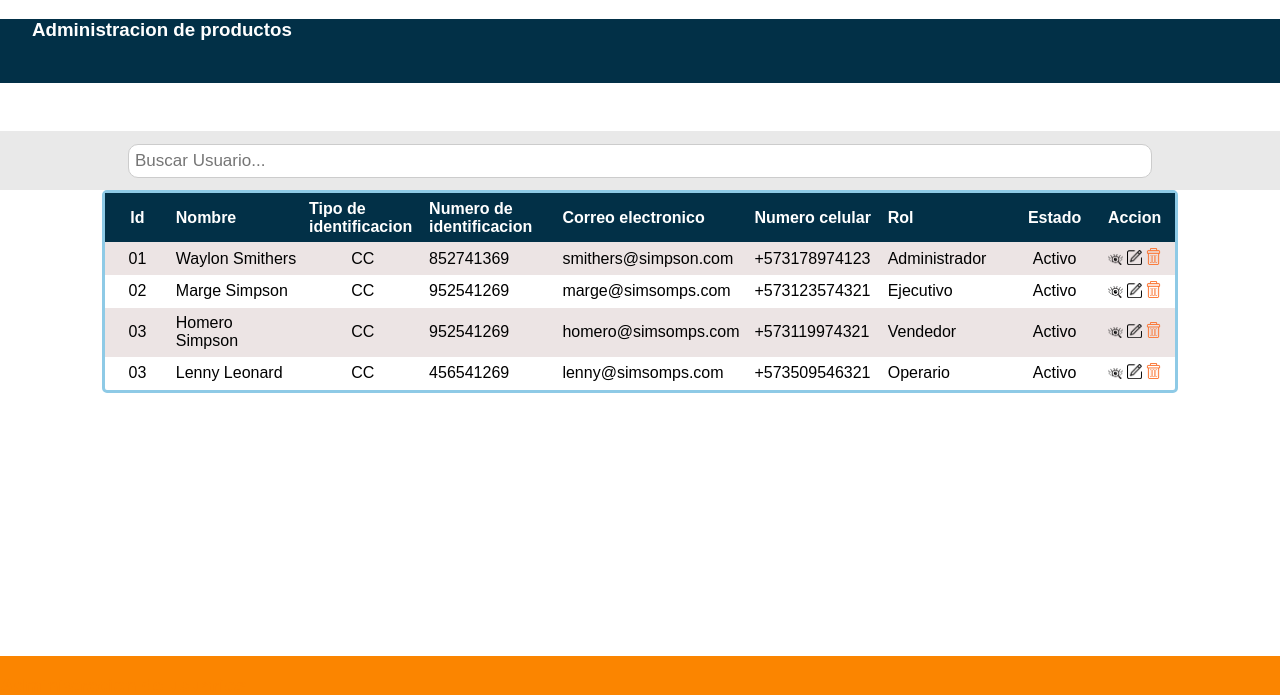
Repository: AlexanderBarona/Proyecto_Ciclo3_Mintic
Page: PaginaWeb/pages/listar_productos.html
The author's editor kept a copy of each file at every save. The page is drawn from the files as they stood at one save, then again after the next save.
The browser window is 1280 px wide. The pictures show the whole page.

Above is the page before, as saved 2021-09-30 15:12:49.

### PaginaWeb/pages/listar_productos.html
<!DOCTYPE html>
<html>

   <head>
      <title>Administracion de productos</title>
      <link href="../css/style.css" rel="stylesheet" type="text/css">
      <link href="../css/admin_user.css" rel="stylesheet" type="text/css">
   </head>
   <body class="admin_user">
      <header>
         <h3>Administracion de productos</h3>
      </header>
      <main>
        <div class="TopBar">
            <div class="Search ">
                <input type="text" placeholder="Buscar Usuario...">
            </div>

        </div>

        <div class="table_principal">
            <table class="table_entity">

              <tbody class="table_body" >

                  <tr class="table_header" >

                    <td class="table_cell center">Id</td>
                    <td class="table_cell">Nombre</td>
                    <td class="table_cell">Tipo de identificacion</td>
                    <td class="table_cell">Numero de identificacion</td>
                    <td class="table_cell">Correo electronico</td>
                    <td class="table_cell">Numero celular</td>
                    <td class="table_cell">Rol</td>
                    <td class="table_cell center">Estado</td>
                    <td class="table_cell center">Accion</td>

                  </tr>

                  <tr >
                    <td class="table_cell center">01</td>
                    <td class="table_cell">Waylon Smithers</td>
                    <td class="table_cell center">CC</td>
                    <td class="table_cell">852741369</td>
                    <td class="table_cell">smithers@simpson.com</td>
                    <td class="table_cell">+573178974123</td>
                    <td class="table_cell">Administrador</td>
                    <td class="table_cell center">Activo</td>
                    <td class="table_cell center">
                      <div class="icon_container">
                        <nav>
                          <a href="icon_table">
                            <img class="icon_cell" src="../images/IconRead.ico">
                          </a>
                          <a href="icon_table">
                            <img class="icon_cell" src="../images/IconUpdate.ico">
                          </a>
                          <a href="icon_table">
                            <img class="icon_cell" src="../images/IconDelete.ico">
                          </a>
                        </nav>
                    </div>

                    </td>
                  </tr>

                <tr >
                  <td class="table_cell center">02</td>
                  <td class="table_cell">Marge Simpson</td>
                  <td class="table_cell center">CC</td>
                  <td class="table_cell">952541269</td>
                  <td class="table_cell">marge@simsomps.com</td>
                  <td class="table_cell">+573123574321</td>
                  <td class="table_cell">Ejecutivo</td>
                  <td class="table_cell center">Activo</td>
                  <td class="table_cell center">
                    <div class="icon_container ">
                      <nav>
                        <a href="icon_table">
                          <img class="icon_cell" src="../images/IconRead.ico">
                        </a>
                        <a href="icon_table">
                          <img class="icon_cell" src="../images/IconUpdate.ico">
                        </a>
                        <a href="icon_table">
                          <img class="icon_cell" src="../images/IconDelete.ico">
                        </a>
                      </nav>
                  </div>
                  </td>
                </tr>

                <tr >
                    <td class="table_cell center">03</td>
                    <td class="table_cell">Homero Simpson</td>
                    <td class="table_cell center">CC</td>
                    <td class="table_cell">952541269</td>
                    <td class="table_cell">homero@simsomps.com</td>
                    <td class="table_cell">+573119974321</td>
                    <td class="table_cell">Vendedor</td>
                    <td class="table_cell center">Activo</td>
                    <td class="table_cell center">

                                    <div class="icon_container">
                                        <nav>
                                          <a href="icon_table">
                                            <img class="icon_cell" src="../images/IconRead.ico">
                                          </a>
                                          <a href="icon_table">
                                            <img class="icon_cell" src="../images/IconUpdate.ico">
                                          </a>
                                          <a href="icon_table">
                                            <img class="icon_cell" src="../images/IconDelete.ico">
                                          </a>
                                        </nav>
                                    </div>


                    </td>
                </tr>
                <tr >
                    <td class="table_cell center">03</td>
                    <td class="table_cell">Lenny Leonard</td>
                    <td class="table_cell center">CC</td>
                    <td class="table_cell">456541269</td>
                    <td class="table_cell">lenny@simsomps.com</td>
                    <td class="table_cell">+573509546321</td>
                    <td class="table_cell">Operario</td>
                    <td class="table_cell center">Activo</td>
                    <td class="table_cell center">
                      <div class="icon_container">
                        <nav>
                          <a href="icon_table">
                            <img class="icon_cell" src="../images/IconRead.ico">
                          </a>
                          <a href="icon_table">
                            <img class="icon_cell" src="../images/IconUpdate.ico">
                          </a>
                          <a href="icon_table">
                            <img class="icon_cell" src="../images/IconDelete.ico">
                          </a>
                        </nav>
                    </div>
                    </td>
                </tr>
              </tbody>
            </table>
        </div>
      </main>
      <footer>
        <div>
          <h3>Administracion de usuarios</h3>
          <h3>Administracion de usuarios</h3>
          <h3>Administracion de usuarios</h3>
        </div>
      </footer>
   </body>
</html>

### PaginaWeb/css/style.css
* {
  box-sizing: border-box;
}

body {
  margin: 0;
  font-family: Arial, Helvetica, sans-serif;
}
header {
  background-color: #023047;
  color:  white;
  padding-left:2em ;
  height:4em;
  width:100%;
  margin-bottom: 3em;

}

footer{
  background-color: #FB8500;
  color:  #FB8500;
  position:fixed;
  left:0px;
  bottom:0px;
  height:4em;
  width:100%;
}

### PaginaWeb/css/admin_user.css
/* css barra busqueda*/
@media screen and (max-width: 600px) {
  .Search a,
  .Search input[type="text"] {

    display: block;
    text-align: left;
    width: 100%;
    margin: 0 auto;
    padding: 14px;
    align-items: center;
  }
}

.admin_user .Search {
   overflow: hidden;
   background-color: #e9e9e9;
   display: block;
   width: 100%;
   text-align: center;
  }

.Search a {

    display: block;
    color: black;
    text-align: center;
    padding: 14px 16px;
    text-decoration: none;
    font-size: 17px;
  }

  .Search a:hover {
    background-color: #ddd;
    color: black;
  }

  .Search a.active {
    background-color: #9dcaf0;
    color: white;
  }

  .Search input[type="text"] {
    float: center;
    border-radius: 10px;
    border: 1px solid rgb(174, 204, 218);
    padding: 6px;
    margin-top: 1%;
    margin-right: 2%;
    margin-left: 2%;
    margin-bottom: 1%;
    font-size: 17px;
    width: 80%;
  }
  .Search input[type="text"] {
    border: 1px solid #ccc;
  }

 /* css tabla*/

  .table_entity {
    table-layout: fixed;
    width: 84%;
    margin: 0 auto;
    border-collapse: separate;
    border-spacing: 0px;
    border-radius: 5px;
    border: 3px solid #8ECAE6;

  }

  .table_entity td:first-child {
    width: 4em;
  }
  .table_entity td:nth-child(3) {
    width: 7.5em;
  }
  .table_entity td:nth-child(5) {
    width: 12em;
  }
  .table_entity td:nth-child(8) {
    width: 5em;

  }
  .table_entity td:nth-child(9) {
    width: 5em;
  }




  .table_header {
    background-color: #023047;
    color: #fff;
    font-weight:bold;
  }

  .table_entity tr:nth-child(even) {
  background-color: #ece4e4;
}

.table_entity .center {
  text-align: center;
}
/* css tabla perfiles*/
.table_entity2 {
  table-layout: fixed;
  width: 84%;
  margin: 0 auto;
  border-collapse: separate;
  border-spacing: 0px;
  border-radius: 5px;
  border: 3px solid #8ECAE6;

}

.table_entity2 td:first-child {
  width: 4em;
}

.table_entity2 td:nth-child(2) {
  width: 16em;
}


.table_entity2 td:nth-child(6) {
  width: 4.8em;

}


.table_entity2 tr:nth-child(even) {
background-color: #ece4e4;
}

.table_entity2 .center {
  text-align: center;
}

  th, td {

      word-wrap: break-word;
      padding: 0.4em;
      margin: 0em;
  }
  /* iconos */
  .icon_cell {

    height: 28%;
    width: 22%;
    margin: 0 auto 0 0;


}

.icon_container a , .icon_container a:visited {


  text-decoration: none;

}
/* css checkbox */

.checkbox_container input[type="checkbox"]  {
  content: "";
  width: 2em;
  height: 2em;
  border: 4px solid #bf810f;
  float: left;
  margin: 0 auto 0 0;
  border-right: 0;
  border-top: 0;


}
.checkbox_container input[type="checkbox"]:checked   {
  content: "";
  width: 2.2em;
  height: 2.2em;
  border: 4px solid #bf810f;
  color: #bf810f;
  background-color:#bf810f ;
  float: left;
  margin: 0 auto 0 0;
  border-right: 0;
  border-top: 0;

}

After the next save:
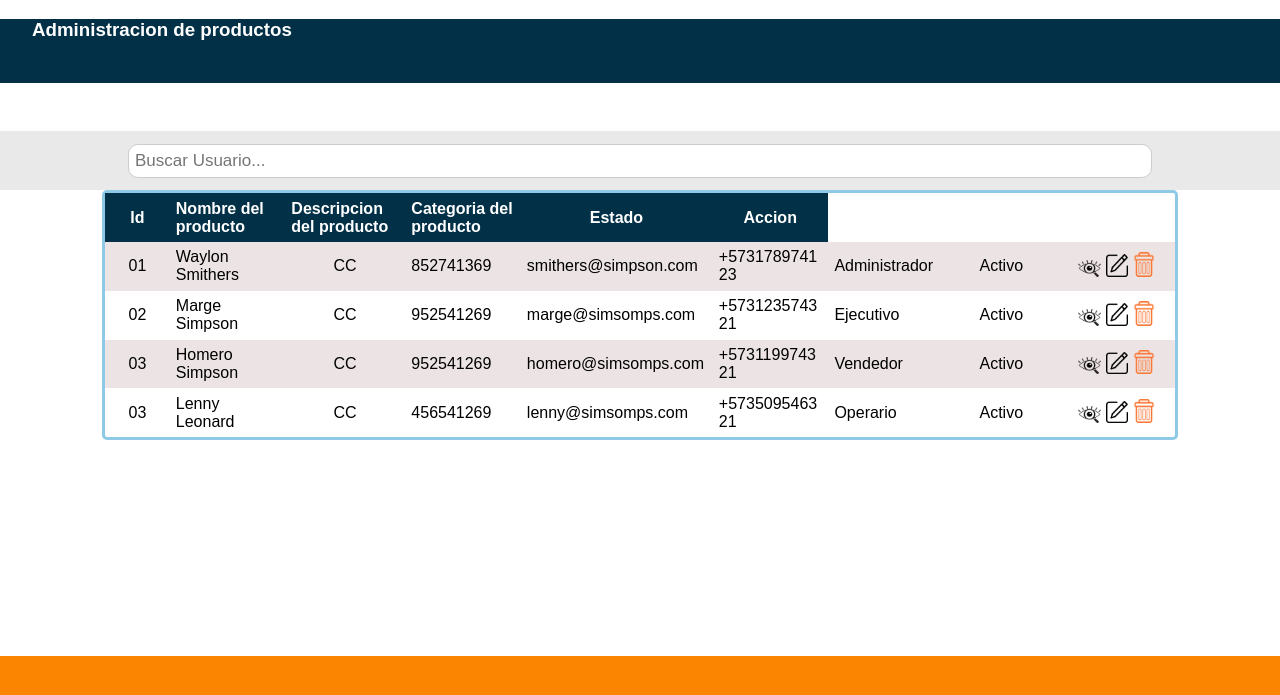
Saved 3 min 12 s later.
--- a/PaginaWeb/pages/listar_productos.html
+++ b/PaginaWeb/pages/listar_productos.html
@@ -26,12 +26,9 @@
                   <tr class="table_header" >
 
                     <td class="table_cell center">Id</td>
-                    <td class="table_cell">Nombre</td>
-                    <td class="table_cell">Tipo de identificacion</td>
-                    <td class="table_cell">Numero de identificacion</td>
-                    <td class="table_cell">Correo electronico</td>
-                    <td class="table_cell">Numero celular</td>
-                    <td class="table_cell">Rol</td>
+                    <td class="table_cell">Nombre del producto</td>
+                    <td class="table_cell">Descripcion del producto</td>
+                    <td class="table_cell">Categoria del producto</td>
                     <td class="table_cell center">Estado</td>
                     <td class="table_cell center">Accion</td>
 
